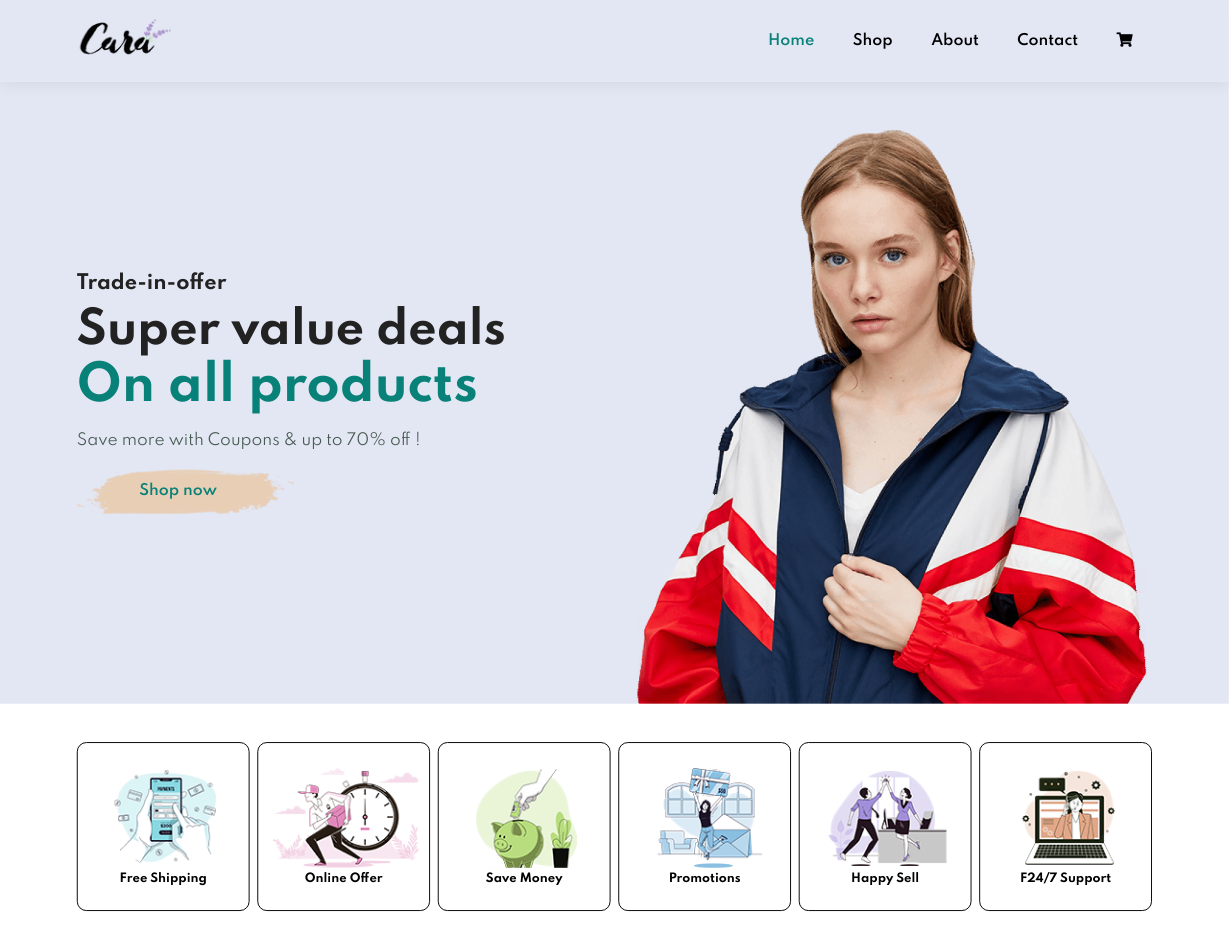
Repository: Daryllgio/E-Commerce-Website-UI
Page: index.html
The author's editor kept a copy of each file at every save. The page is drawn from the files as they stood at one save, then again after a run of saves.
The browser window is 1280 px wide. The pictures show the whole page, at 96% of full size.
Some web libraries are served in a nearby version.

Above is the page before, as saved 2024-12-31 12:23:50.

After the next 2 saves:
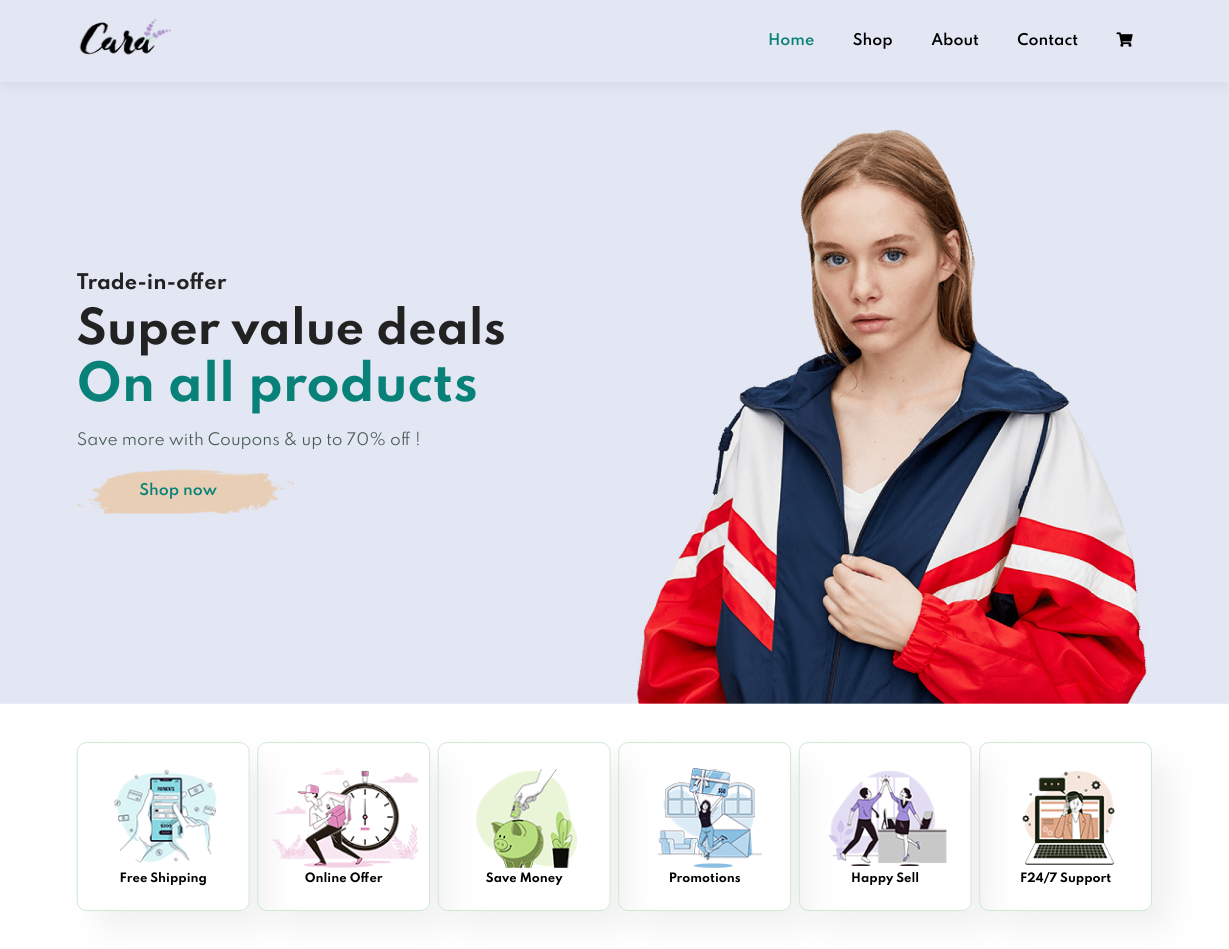
The 2 saves are shown as one change because they came seconds apart.
The last was saved 83 s later.
--- a/style.css
+++ b/style.css
@@ -134,6 +134,7 @@ body {
   width: 180px;
   text-align: center;
   padding: 25px 15px;
-  border: 1px solid #000;
+  border: 1px solid #cce7d0;
+  box-shadow: 20px 20px 34px rgba(0, 0, 0, 0.06);
   border-radius: 10px;
 }
